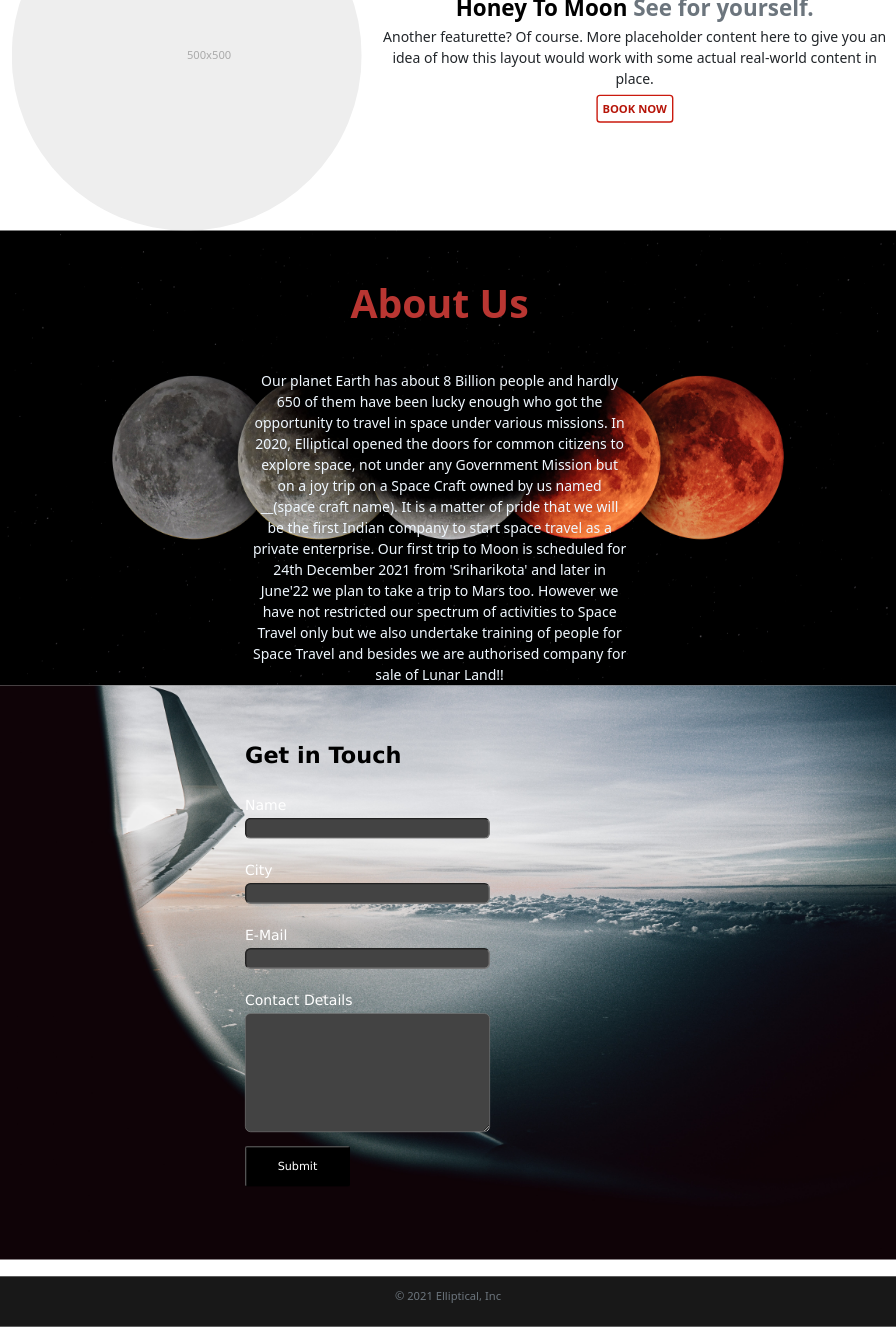
Repository: sarthakkathpalia/elliptical
Page: html/home.html
These files come from the project's save history. The page is drawn as it stood at one moment and after the next save; the edit follows.
The browser window is 1280 px wide. The pictures show the part of the page from y = 2415 to 4335 px (the page is 4335 px tall before and 4287 px after), at 70% of full size.
Some web libraries are served in a nearby version.

Above is the page before, as saved 2021-10-30 20:54:33.
Console error: ReferenceError: emailjs is not defined

After the next save:
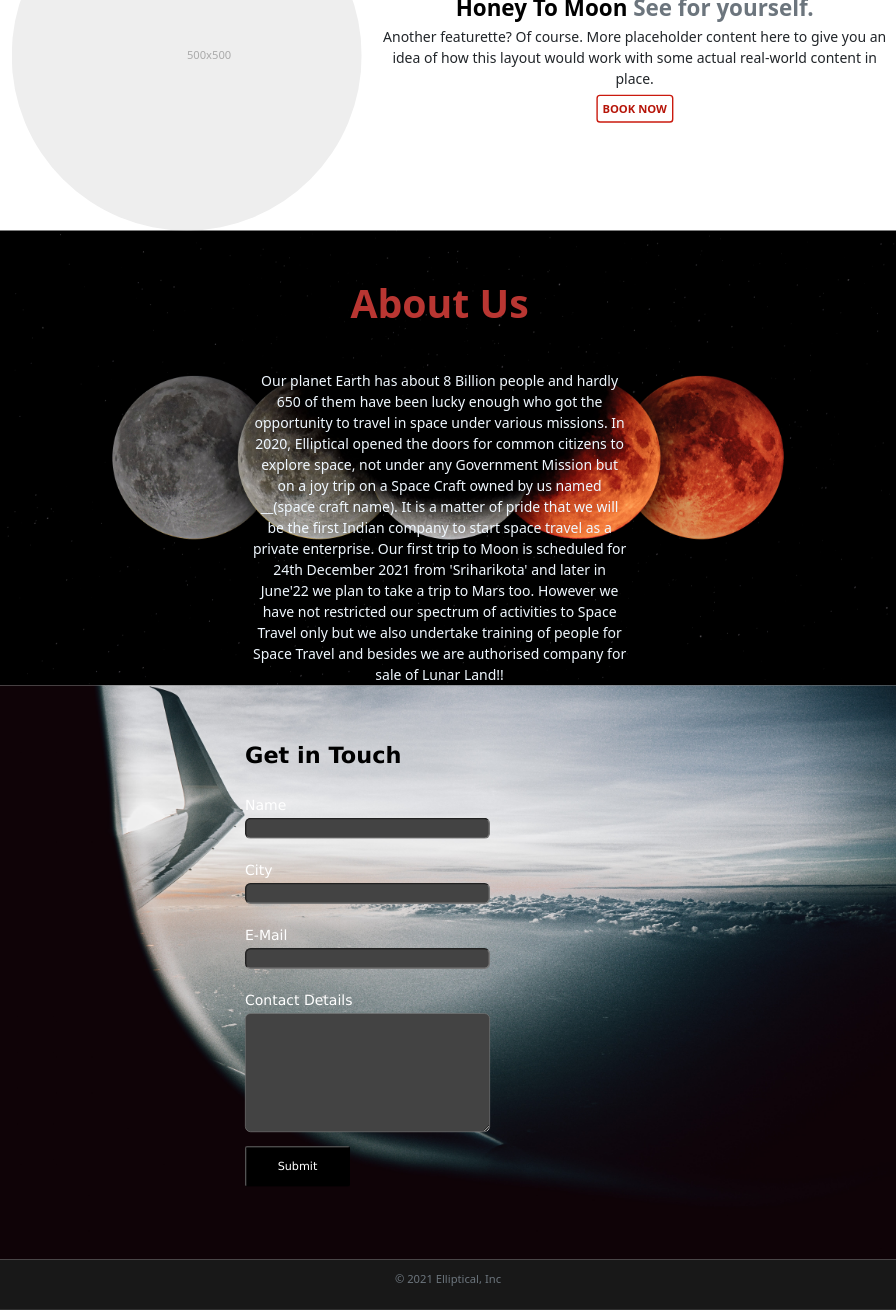
Saved 2 min 37 s later.
--- a/html/home.html
+++ b/html/home.html
@@ -296,7 +296,7 @@
 
 
 
-<footer class="py-3 my-4">
+<footer class="py-3 my-0">
   <!-- <ul class="nav justify-content-center border-bottom pb-3 mb-3">
     <li class="nav-item"><a href="#" class="nav-link px-2 text-muted">Home</a></li>
     <li class="nav-item"><a href="#" class="nav-link px-2 text-muted">Features</a></li>
